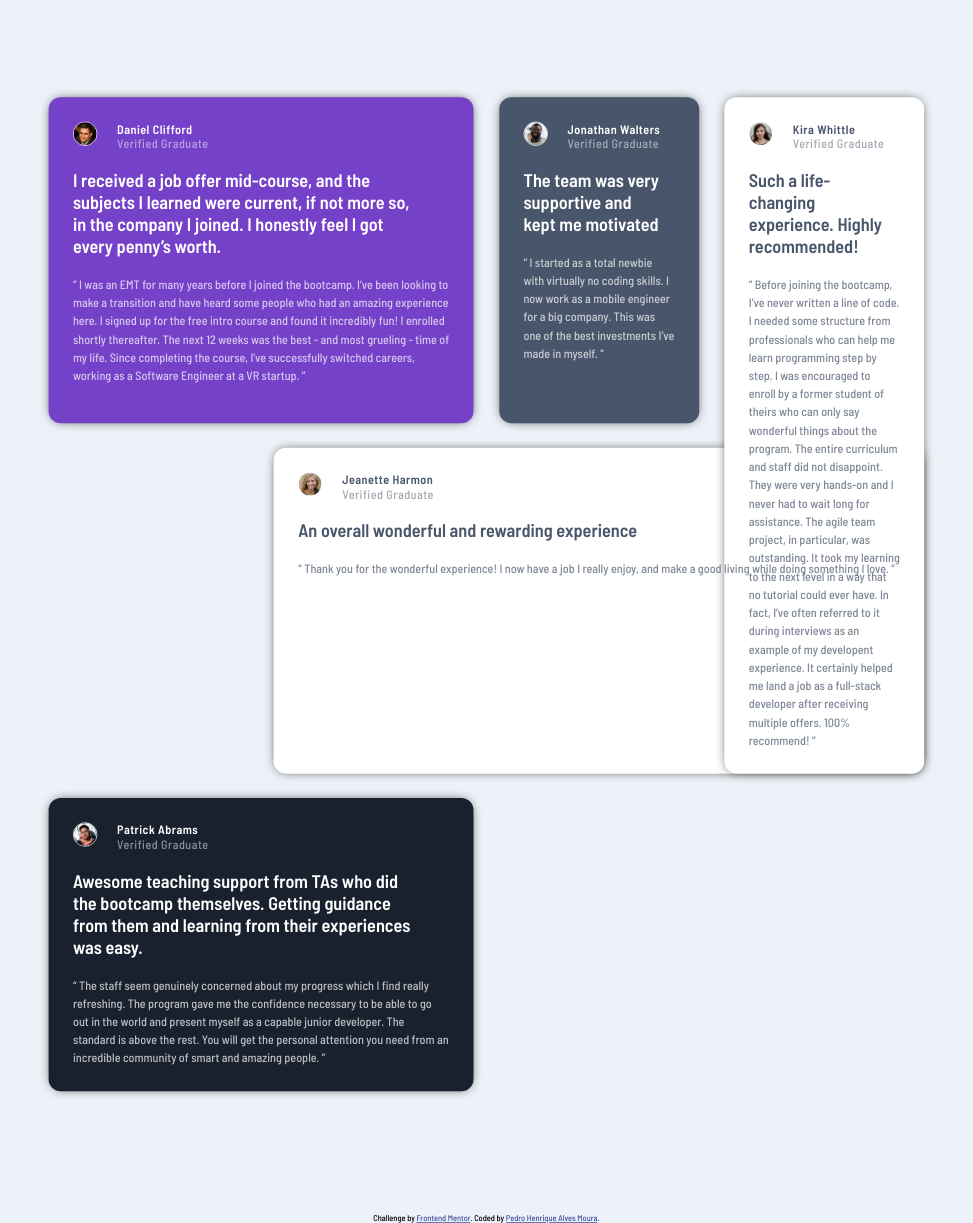
Repository: Pedrohamoura-Git/Frontend-Mentor-Challenges
Page: Junior/testimonials-grid-section-main/index.html
The author's editor kept a copy of each file at every save. The page is drawn from the files as they stood at one save, then again after the next save.
The browser window is 1280 px wide. The pictures show the whole page, at 76% of full size.

Above is the page before, as saved 2021-06-02 10:06:19.

### Junior/testimonials-grid-section-main/index.html
<!DOCTYPE html>
<html lang="en">
<head>
  <meta charset="UTF-8">
  <meta name="viewport" content="width=device-width, initial-scale=1.0"> <!-- displays site properly based on user's device -->

  <link rel="stylesheet" href="css/style.css">

  <title>Frontend Mentor | [Challenge Name Here]</title>

  <!-- Feel free to remove these styles or customise in your own stylesheet 👍 -->
  <style>
    .attribution { font-size: 11px; text-align: center; }
    .attribution a { color: hsl(228, 45%, 44%); }
  </style>
</head>
<body>

  <div id="wrapper">
    <div id="cards">
      <div id="card1">
        <header>
          <div class="picture">
            <img  src="images/image-daniel.jpg" alt="Daniel Clifford's Picture">
          </div>

          <div class="profile">
            <p>Daniel Clifford</p>
            <p class="status">Verified Graduate</p>
          </div>
          <div class="quotes"></div>
        </header>


        <h2>I received a job offer mid-course, and the subjects I learned were current, if not more so, in the company I joined. I honestly feel I got every penny’s worth.</h2>

        <p class="reviews">“ I was an EMT for many years before I joined the bootcamp. I’ve been looking to make a transition and have heard some people who had an amazing experience here. I signed up for the free intro course and found it incredibly fun! I enrolled shortly thereafter. The next 12 weeks was the best - and most grueling - time of my life. Since completing the course, I’ve successfully switched careers, working as a Software Engineer at a VR startup. ”</p>
      </div>

      <div id="card2">
        <header>
          <div class="picture">
            <img src="images/image-jonathan.jpg" alt="Jonathan Walters's Picture">
          </div>

          <div class="profile">
            <p>Jonathan Walters</p>
            <p class="status">Verified Graduate</p>
          </div>
        </header>

        <h2>The team was very supportive and kept me motivated</h2>

        <p class="reviews">“ I started as a total newbie with virtually no coding skills. I now work as a mobile engineer
          for a big company. This was one of the best investments I’ve made in myself. ”</p>
      </div>


      <div id="card3">
        <header>
          <div class="picture">
            <img src="images/image-jeanette.jpg" alt="Jeanette Harmon's Picture">
          </div>

          <div class="profile">
            <p>Jeanette Harmon</p>
            <p class="status">Verified Graduate</p>
          </div>
        </header>

        <h2>An overall wonderful and rewarding experience</h2>

        <p class="reviews">“ Thank you for the wonderful experience! I now have a job I really enjoy, and make a good living
          while doing something I love. ”</p>
      </div>

      <div id="card4">
        <header>
          <div class="picture">
            <img src="images/image-patrick.jpg" alt="Patrick Abrams's Picture">
          </div>

          <div class="profile">
            <p>Patrick Abrams</p>
            <p class="status">Verified Graduate</p>
          </div>
        </header>

        <h2>Awesome teaching support from TAs who did the bootcamp themselves. Getting guidance from them and
          learning from their experiences was easy.</h2>

        <p class="reviews">“ The staff seem genuinely concerned about my progress which I find really refreshing. The program
          gave me the confidence necessary to be able to go out in the world and present myself as a capable
          junior developer. The standard is above the rest. You will get the personal attention you need from
          an incredible community of smart and amazing people. ”</p>
      </div>

      <div id="card5">
        <header>
          <div class="picture">
            <img src="images/image-kira.jpg" alt="Kira Whittle's Picture">
          </div>

          <div class="profile">
            <p>Kira Whittle</p>
            <p class="status">Verified Graduate</p>
          </div>
        </header>

        <h2>Such a life-changing experience. Highly recommended!</h2>

        <p class="reviews">“ Before joining the bootcamp, I’ve never written a line of code. I needed some structure from
          professionals who can help me learn programming step by step. I was encouraged to enroll by a former
          student of theirs who can only say wonderful things about the program. The entire curriculum and staff
          did not disappoint. They were very hands-on and I never had to wait long for assistance. The agile team
          project, in particular, was outstanding. It took my learning to the next level in a way that no tutorial
          could ever have. In fact, I’ve often referred to it during interviews as an example of my developent
          experience. It certainly helped me land a job as a full-stack developer after receiving multiple offers.
          100% recommend! ”</p>
      </div>
    </div>
  </div>


  <div class="attribution">
    Challenge by <a href="https://www.frontendmentor.io?ref=challenge" target="_blank">Frontend Mentor</a>.
    Coded by <a href="#">Pedro Henrique Alves Moura</a>.
  </div>
</body>
</html>

### Junior/testimonials-grid-section-main/css/style.css
/*
** Core Formats
*/
    @import url('https://fonts.googleapis.com/css2?family=Barlow+Semi+Condensed:ital,wght@0,500;0,600;1,500;1,600&display=swap');


    * {
        box-sizing: border-box;
        font-family: "Barlow Semi Condensed";
        margin: 0;
        padding: 0;

    }

    html {
        Font-size: 13px;
    }

    body {
        background: hsl(210, 46%, 95%);
    }


/*
** Common Formats
*/
    #cards {
        color: white;
        margin: 10% auto;
        min-width: 200px;
        width: 90%;

        /* border: 1px solid red; */
    }
    #cards .picture img {
        border: 1.5px solid white;
        border-radius: 3rem;
        width: 55%;
    }

    #cards h2 {
        font-size: 1.5rem;
        margin-bottom: 1.5rem;
        max-width: 90%;
    }

    #cards div.profile {
        letter-spacing: .04rem;
        margin-bottom: 1.5rem;
    }

    #cards div.profile :first-child {
        font-weight: 600;
    }

    #cards div.profile p.status {
        opacity: 50%;
    }

    #cards p.reviews {
        font-size: 1rem;
        line-height: 1.5rem;
        opacity: 70%;
    }

    #card1, #card2, #card3, #card4, #card5 {
        border-radius: 1rem;
        box-shadow: 0 0 1rem -5px black;
        margin-bottom: 2rem;
        padding: 2rem;
    }


    header {
        display: flex;
    }



    /* CONFIGURAR A IMAGEM DE ASPAS DEPOIS


         #cards #card1 h2 {
        z-index: 10;
    }


    #card1 ::before {
        content: '';
        background: url(../images/bg-pattern-quotation.svg)no-repeat;
        width: 30%;
        height: 20%;
        position: absolute;
        top: 3rem;
        right: 2rem;
        z-index: 2;
    }
    } */




/*
** Card #1
*/
    #card1 {
        background: hsl(263, 55%, 52%);
    }



/*
** card #2
*/

    #card2 {
        background: hsl(217, 19%, 35%);
    }


/*
** card #3
*/
    #card3 {
        background: white;
        color: hsl(217, 19%, 35%);
    }


/*
** card #4
*/
    #card4 {
        background: hsl(219, 29%, 14%);
    }



/*
** card #5
*/
    #card5 {
        background: white;
        color: hsl(217, 19%, 35%);
    }


    /*
    ** Tablet Layout
    */
        @media (min-width: 720px) {

            html {
                font-size: 16px;
            }

            #cards {
                display: grid;
                grid-template-columns: repeat(2, 1fr);
                column-gap: 2.1rem;
            }

            #card1 {
                grid-column: 1 / span 2;
            }

            #card4 {
                grid-column: 1 / span 2;
            }

            #card5 {
                grid-column: 1 / span 2;
            }
        }



    /*
    ** Desktop - Layout
    */
        @media (min-width: 1080px) {
            #cards {
                display: grid;
                grid-template-columns: repeat(4, 1fr);
                grid-template-rows: repeat(2, 1fr);
            }


            #card1 {
                grid-column: 1 / span 2;
                grid-row: 1;
            }

            #card3 {
                grid-column: 2 / span 3;
                grid-row: 2;
            }


            #card5 {
                grid-column: 4;
                grid-row: 1 / span 2;
            }
        }

After the next save:
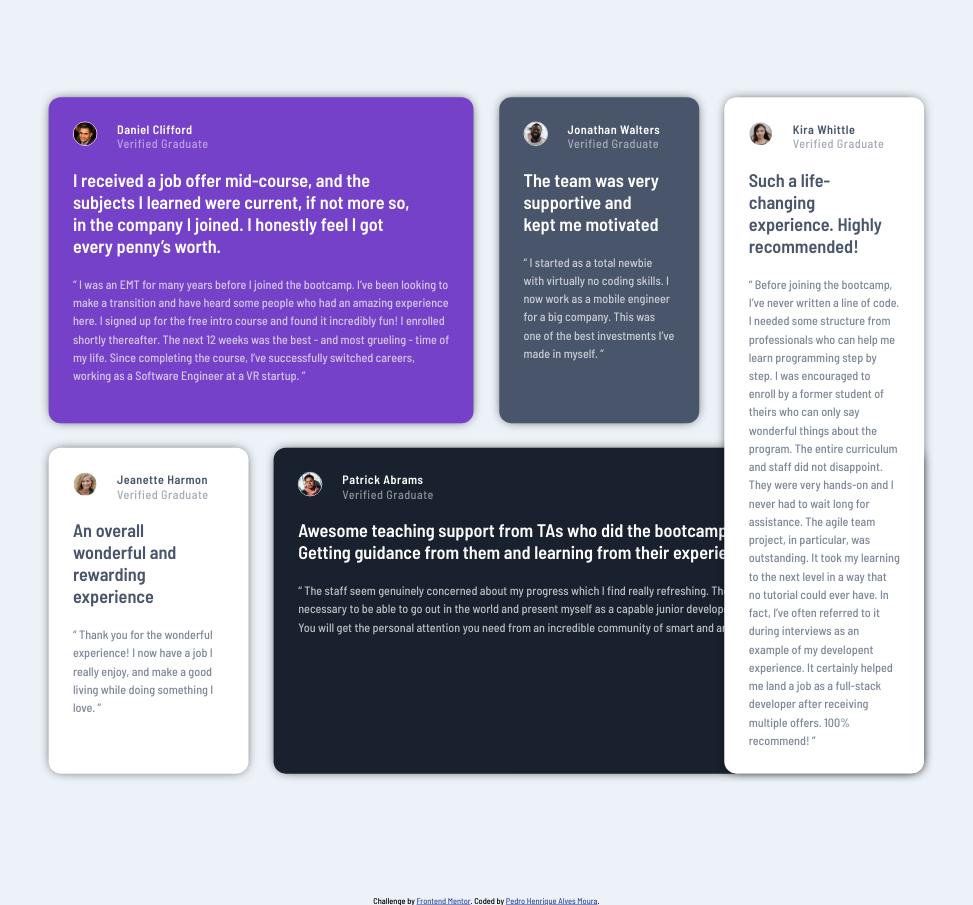
Saved 7 s later.
--- a/Junior/testimonials-grid-section-main/css/style.css
+++ b/Junior/testimonials-grid-section-main/css/style.css
@@ -191,7 +191,7 @@
                 grid-row: 1;
             }
 
-            #card3 {
+            #card4 {
                 grid-column: 2 / span 3;
                 grid-row: 2;
             }
